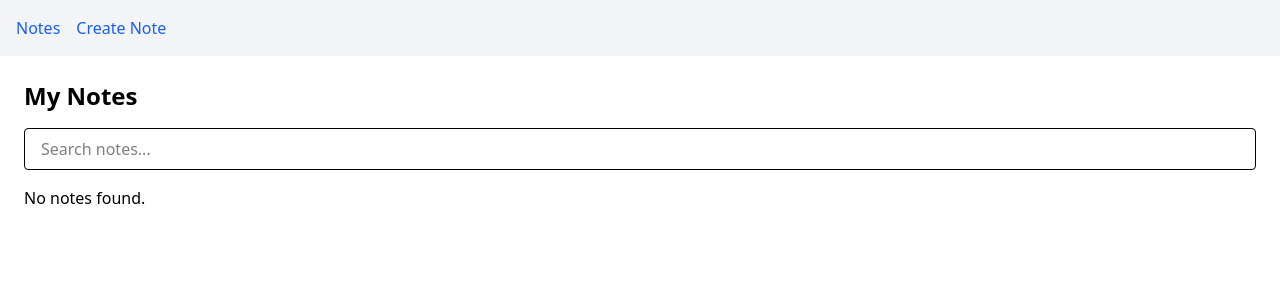
Repository: pin-seavmuy/NoteApplication
Page: / (app in note-vue/)
An editor plug-in stored every save of this project. The page is shown before and after a run of saves, followed by the edit.
The browser window is 1280 px wide. The pictures show the whole page.
The page's requests for data from a server got no answer. The project was rebuilt for these pictures with package versions that can differ from the ones it lists, and the page was loaded fresh each time. No one was signed in, and anything a server would have sent is missing. Also part of the build but not shown: note-vue/vite.config.ts, note-vue/src/components/NoteWrapper.vue, note-vue/src/views/CreateNote.vue, note-vue/src/views/NoteDetail.vue, note-vue/src/views/UpdateNote.vue.

Above is the page before, as saved 2025-09-16 10:34:07.

After the next 2 saves:
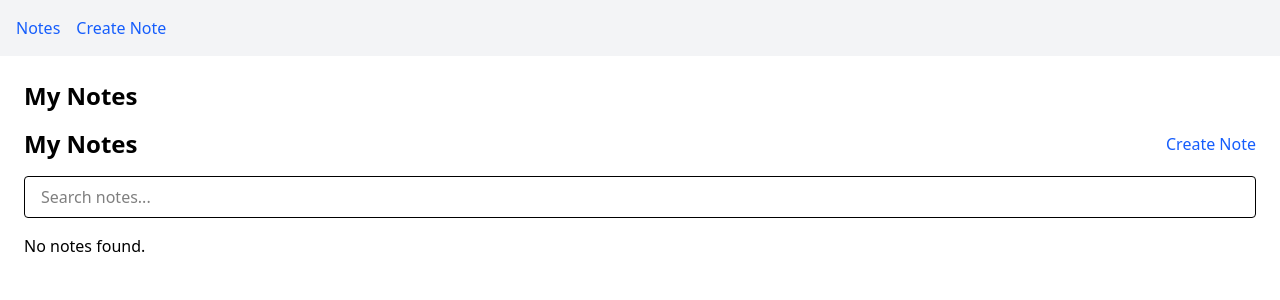
The 2 saves are shown as one change because they came seconds apart.
The last was saved 8 min 6 s later.
--- a/note-vue/src/views/NotesList.vue
+++ b/note-vue/src/views/NotesList.vue
@@ -1,6 +1,16 @@
 <template>
   <div class="p-6">
     <h1 class="text-2xl font-bold mb-4">My Notes</h1>
+    <div class="flex items-center justify-between mb-4">
+  <h1 class="text-2xl font-bold">My Notes</h1>
+  <router-link
+    to="/create"
+    class="text-blue-600 hover:underline text-base"
+  >
+    Create Note
+  </router-link>
+</div>
+
 
     <input
       v-model="search"
